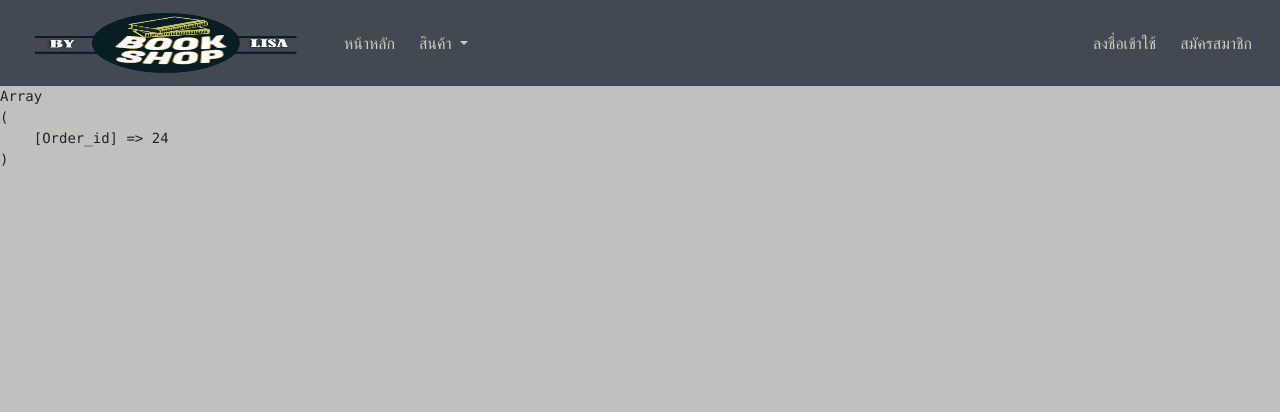
Repository: peawza/shopbook
Page: http://localhost/returnproduct.php?Order_id=24
An editor plug-in stored every save of this project. The page is shown before and after the next save, followed by the edit.
The browser window is 1280 px wide. The pictures show the whole page.
The page is run by PHP 8.4 with error messages shown; the project is at /var/www/html/. Other server files are loaded and not shown. The database holds what the project's SQL file puts in it.

Above is the page before, as saved 2020-10-01 09:26:17.

### returnproduct.php
<!DOCTYPE html>
<html lang="en">

<head>
    <meta charset="UTF-8">
    <meta name="viewport" content="width=device-width, initial-scale=1.0">
    <title>Document</title>
    <?php

    include('include\importcss.php');
    include('include\navber.php');
    echo '<pre>';
    //print_r($_SESSION);
    //$_SESSION['ses_php_var'] = $_GET['sendVal'];
    //$_SESSION['ses_php_var'] = $_POST['sendVal'];
    //$_SESSION['Typeid'] = $_POST['Typeid'];
    //print_r($_POST);
    print_r($_GET);
    echo '<pre>';
    ?>
</head>

<body>

</body>
<?php
include('include\importjavascript.php');
?>

</html>

### include/importcss.php
<link rel="stylesheet" href="node_modules/bootstrap/dist/css/bootstrap.min.css"> <!-- link เลือก css-->
<link rel="stylesheet" href="node_modules/font-awesome5/css/fontawesome-all.css">
<link rel="stylesheet" href="include/CSS/styles.css?v=<?php echo filemtime('include/CSS/styles.css'); ?>"
    type=" text/css">

<script src="https://www.google.com/recaptcha/api.js"></script>

<script src="https://ajax.googleapis.com/ajax/libs/jquery/2.2.0/jquery.min.js"></script>

<script src="https://maxcdn.bootstrapcdn.com/bootstrap/3.3.6/js/bootstrap.min.js"></script>

### include/navber.php
<nav class="navbar navbar-expand-lg  ">


    <a class="navbar-brand" href="index.php"><img src="img/index/logo.png" alt="img/index/logo.png"
            class="logo img-fluid"></a>
    <button class="navbar-toggler  btn-navber " type="button" data-toggle="collapse" data-target="#navbarNavDropdown"
        aria-controls="navbarNavDropdown" aria-expanded="false" aria-label="Toggle navigation">

        <span class="navbar-toggler-icon "><i class="fas fa-bars py-1"></i></span>


    </button>
    <div class="collapse navbar-collapse" id="navbarNavDropdown">
        <?
        # ml-auto เลื่อนไปทางขวา
        // ข้อความนี้ก็ไม่ถูกแสดงผลเช่นกัน (รูปแบบที่2)
        ?>
        <div class="collapse navbar-collapse" id="navbarNavDropdown">
            <ul class="navbar-nav mr-auto">
                <li class="nav-item">
                    <a class="nav-link" href="index.php">หน้าหลัก <span class="sr-only">(current)</span></a>
                </li>

                <li class="nav-item dropdown">
                    <a class="nav-link dropdown-toggle overflow-auto" href="#" id="navbarDropdownMenuLink" role="button"
                        data-toggle="dropdown" aria-haspopup="true" aria-expanded="false">
                        สินค้า
                    </a>
                    <div class="dropdown-menu" aria-labelledby="navbarDropdownMenuLink">
                        <a class="dropdown-item " href="shopproduct.php">สินค้าทั้งหมด</a>
                        <?php

                        $conn = new mysqli('localhost', 'root', '1234', 'shopbook');
                        $conn->set_charset("utf8");
                        if (isset($_GET['typeproduct'])) {

                            $selectTypeproduct = "SELECT * FROM `product`,`producttype` WHERE `product`.`Type_ID` = `producttype`.`Type_ID` AND `product`.`Type_ID` = '" . $_GET['typeproduct'] . "' ";
                            # code...
                        }
                        $selectTypeproduct = "SELECT DISTINCT `product`.`Type_ID` , `producttype`.`Type_Name` FROM `product`,`producttype` WHERE `product`. `Type_ID`= `producttype`.`Type_ID` ORDER BY `product`.`Type_ID` ASC";
                        $resultTypeproduct = mysqli_query($conn, $selectTypeproduct);
                        while ($row = mysqli_fetch_array($resultTypeproduct)) {
                            //echo $row["Type_ID"];
                            //  <a href="php/delete.php?Warranty_ID=<?php
                            // echo $row["Warranty_ID"];
                            //<i class=" fas fa-trash-alt"></i></a>
                            //shopproduct.php?typeproduct= <?php echo $row["id"];

                            //print_r($row);

                        ?>





                        <a class="dropdown-item"
                            href="shopproduct.php?typeproduct=<?php echo $row["Type_ID"]; ?> "><?php echo $row["Type_Name"];   ?></a>


                        <?php

                        }

                        ?>

                    </div>
                </li>


                <!--
                <li class=" nav-item ">
                    <a class=" nav-link" href="index.php">โปรโมชั่นสินค้า </a>
                </li>
                -->

            </ul>

            <ul class="navbar-nav ml-auto">
                <?php
                if (!isset($_SESSION['ID'])) {



                ?>
                <li class="nav-item">
                    <a class="nav-link" href="login.php">ลงชื่อเข้าใช้</a>
                </li>
                <li class="nav-item">
                    <a class="nav-link" href="register.php">สมัครสมาชิก</a>
                </li>


                <?php
                }
                if (isset($_SESSION['ID'])) {



                    if ($_SESSION['Username'] == 'Peawza') {
                        session_destroy();
                        header('location:index.php');
                    }



                ?>

                <?php
                    if ($_SESSION['UserType'] == 'user') {
                    ?>
                <li class="nav-item ">
                    <a class="nav-link" href="cart.php"><i class="fas fa-shopping-cart"></i> รายการสินค้า </a>
                </li>
                <li class="nav-item dropdown">
                    <a class="nav-link dropdown-toggle" href="#" id="navbarDropdownMenuLink" role="button"
                        data-toggle="dropdown" aria-haspopup="true" aria-expanded="false">
                        ยินดีต้อนรับคุณ <?php echo $_SESSION['Username']; ?> <img
                            src="img\profile\<?php echo $_SESSION['Photo']; ?>" alt="<?php echo $_SESSION['Photo']; ?>"
                            class="iconphoto img-fluid rounded-circle">
                    </a>
                    <div class="dropdown-menu" aria-labelledby="navbarDropdownMenuLink">
                        <a class="dropdown-item" href="profile.php">ประวัติส่วนตัว</a>
                        <a class="dropdown-item" href="prodile_editpassword.php">แก้ไขรหัสผ่าน</a>
                        <div class="dropdown-divider"></div>
                        <a class="dropdown-item" href="oderproductuser.php">รายงานสั่งซื้อสินค้า</a>
                        <div class="dropdown-divider"></div>
                        <a class="dropdown-item" href="php/logout.php">ออกจากระบบ</a>
                    </div>
                </li>
                <?php
                    }
                    ?>

                <?php
                    if ($_SESSION['UserType'] == 'admin') {
                    ?>
                <li class="nav-item ">
                    <a class="nav-link" href="cart.php"><i class="fas fa-shopping-cart"></i> รายการสินค้า </a>
                </li>
                <li class="nav-item dropdown">
                    <a class="nav-link dropdown-toggle" href="#" id="navbarDropdownMenuLink" role="button"
                        data-toggle="dropdown" aria-haspopup="true" aria-expanded="false">
                        จัดการระบบ
                    </a>
                    <div class="dropdown-menu" aria-labelledby="navbarDropdownMenuLink">
                        <a class="dropdown-item" href="manageuser.php">จัดการสมาชิกในระบบ</a>
                        <div class="dropdown-divider"></div>
                        <a class="dropdown-item" href="typeproduct.php">ประเภทสินค้า</a>
                        <!-- เอาประกันออก
                        <a class="dropdown-item" href="warranty.php">ประเภทการรับประกัน</a>
                                           -->

                        <a class="dropdown-item" href="product.php">สินค้าในระบบ</a>
                        <div class="dropdown-divider"></div>
                        <a class="dropdown-item" href="rentproductall.php">คืนหนังสือ</a>
                        <a class="dropdown-item" href="oderproduct.php">ตรวจสอบการสั่งซื้อสินค้า</a>

                        <div class="dropdown-divider"></div>
                        <a class="dropdown-item" href="totalsell.php">รายงานสรุปการขายสินค้า</a>
                        <a class="dropdown-item" href="totaltopsell.php">รายงานอันดับสินค้าขายดี</a>
                    </div>
                </li>



                <li class="nav-item dropdown">
                    <a class="nav-link dropdown-toggle" href="#" id="navbarDropdownMenuLink" role="button"
                        data-toggle="dropdown" aria-haspopup="true" aria-expanded="false">
                        ยินดีต้อนรับคุณ <?php echo $_SESSION['Username']; ?> <img
                            src="img\profile\<?php echo $_SESSION['Photo']; ?>" alt="<?php echo $_SESSION['Photo']; ?>"
                            class="iconphoto img-fluid rounded-circle">
                    </a>
                    <div class="dropdown-menu" aria-labelledby="navbarDropdownMenuLink">
                        <a class="dropdown-item" href="profile.php">ประวัติส่วนตัว</a>
                        <a class="dropdown-item" href="prodile_editpassword.php">แก้ไขรหัสผ่าน</a>
                        <div class="dropdown-divider"></div>
                        <a class="dropdown-item" href="php/logout.php">ออกจากระบบ</a>
                    </div>
                </li>
                <?php
                    }
                    ?>

                <?php
                }
                ?>




            </ul>
        </div>

    </div>






    </div>






</nav>

### include/importjavascript.php
<script src="node_modules/jquery/dist/jquery.min.js"></script> <!-- sc เลือก src -->
<script src="node_modules/popper.js/dist/umd/popper.min.js"></script>
<script src="node_modules/bootstrap/dist/js/bootstrap.min.js"></script>
<script src="node_modules/jquery-validation/dist/jquery.validate.min.js"></script>
<script src="include/JS/script.js?v=<?php echo filemtime('include/JS/script.js') ?>"></script>

### include/CSS/styles.css
body {
  background-color: #c0c0be;
}
.navberbody {
  background-color: #00ffff;
}
.imglist {
  height: 500px;
  width: 100%;
  max-width: 100%;
}
.cardproductindex {
  height: 250px;
  width: 250px;
}
.cardproduct {
  height: 550px;
}
.mrrcardproduct {
  margin-bottom: auto;
}

.img-profile {
  height: 200px;
  width: 200px;
  margin: auto;
  display: block;
  margin-top: -100px;
}

.textprofile {
  text-align: left;
}
.iconphoto {
  width: 30px;
  height: 30px;
}
.logo {
  width: 300px;
  height: 60px;
}

.photocard {
  width: 300px;
  height: 400px;
}

.img-product {
  width: 780px;
  height: 380px;
}

.imgproductupdate {
  width: 800px;
  height: 700px;
}

/*  ซูมเข้าออก*/
.content-item {
  position: relative;
}

.content-item .photozoom a {
  overflow: hidden;
  display: block;
}

.content-item .photozoom img {
  transition: 500ms;
}

.content-item:hover .photozoom img {
  transform: scale(1.2);
}

.photoproductzoom {
  width: 447px;
  height: 270px;
}
.textproduct {
  font-size: 100%;
}
.cardphotoproduct {
  -webkit-box-shadow: 17px 20px 20px -12px rgba(0, 0, 0, 0.24);
  -moz-box-shadow: 17px 20px 20px -12px rgba(0, 0, 0, 0.24);
  box-shadow: 17px 20px 20px -12px rgba(0, 0, 0, 0.24);
}
.btn-navber {
  border-color: rgb(255, 255, 255);
}

.fa-bars {
  color: #000;
}
.navbar {
  background-color: #424952;
}
.navbar .navbar-brand {
  color: #cccebd;
}
.navbar .navbar-brand:hover,
.navbar .navbar-brand:focus {
  color: #535e6e;
}
.navbar .navbar-text {
  color: #cccebd;
}
.navbar .navbar-text a {
  color: #535e6e;
}
.navbar .navbar-text a:hover,
.navbar .navbar-text a:focus {
  color: #535e6e;
}
.navbar .navbar-nav .nav-link {
  color: #cccebd;
  border-radius: 0.25rem;
  margin: 0 0.25em;
}
.navbar .navbar-nav .nav-link:not(.disabled):hover,
.navbar .navbar-nav .nav-link:not(.disabled):focus {
  color: #535e6e;
}
.navbar .navbar-nav .dropdown-menu {
  background-color: #424952;
  border-color: #d8d292;
}
.navbar .navbar-nav .dropdown-menu .dropdown-item {
  color: #cccebd;
}
.navbar .navbar-nav .dropdown-menu .dropdown-item:hover,
.navbar .navbar-nav .dropdown-menu .dropdown-item:focus,
.navbar .navbar-nav .dropdown-menu .dropdown-item.active {
  color: #535e6e;
  background-color: #d8d292;
}
.navbar .navbar-nav .dropdown-menu .dropdown-divider {
  border-top-color: #d8d292;
}
.navbar .navbar-nav .nav-item.active .nav-link,
.navbar .navbar-nav .nav-item.active .nav-link:hover,
.navbar .navbar-nav .nav-item.active .nav-link:focus,
.navbar .navbar-nav .nav-item.show .nav-link,
.navbar .navbar-nav .nav-item.show .nav-link:hover,
.navbar .navbar-nav .nav-item.show .nav-link:focus {
  color: #535e6e;
  background-color: #d8d292;
}
.navbar .navbar-toggle {
  border-color: #d8d292;
}
.navbar .navbar-toggle:hover,
.navbar .navbar-toggle:focus {
  background-color: #d8d292;
}
.navbar .navbar-toggle .navbar-toggler-icon {
  color: #cccebd;
}
.navbar .navbar-collapse,
.navbar .navbar-form {
  border-color: #cccebd;
}
.navbar .navbar-link {
  color: #cccebd;
}
.navbar .navbar-link:hover {
  color: #535e6e;
}

@media (max-width: 575px) {
  .navbar-expand-sm .navbar-nav .show .dropdown-menu .dropdown-item {
    color: #cccebd;
  }
  .navbar-expand-sm .navbar-nav .show .dropdown-menu .dropdown-item:hover,
  .navbar-expand-sm .navbar-nav .show .dropdown-menu .dropdown-item:focus {
    color: #535e6e;
  }
  .navbar-expand-sm .navbar-nav .show .dropdown-menu .dropdown-item.active {
    color: #535e6e;
    background-color: #d8d292;
  }
}

@media (max-width: 767px) {
  .navbar-expand-md .navbar-nav .show .dropdown-menu .dropdown-item {
    color: #cccebd;
  }
  .navbar-expand-md .navbar-nav .show .dropdown-menu .dropdown-item:hover,
  .navbar-expand-md .navbar-nav .show .dropdown-menu .dropdown-item:focus {
    color: #535e6e;
  }
  .navbar-expand-md .navbar-nav .show .dropdown-menu .dropdown-item.active {
    color: #535e6e;
    background-color: #d8d292;
  }
}

@media (max-width: 991px) {
  .navbar-expand-lg .navbar-nav .show .dropdown-menu .dropdown-item {
    color: #cccebd;
  }
  .navbar-expand-lg .navbar-nav .show .dropdown-menu .dropdown-item:hover,
  .navbar-expand-lg .navbar-nav .show .dropdown-menu .dropdown-item:focus {
    color: #535e6e;
  }
  .navbar-expand-lg .navbar-nav .show .dropdown-menu .dropdown-item.active {
    color: #535e6e;
    background-color: #d8d292;
  }
}

@media (max-width: 1199px) {
  .navbar-expand-xl .navbar-nav .show .dropdown-menu .dropdown-item {
    color: #cccebd;
  }
  .navbar-expand-xl .navbar-nav .show .dropdown-menu .dropdown-item:hover,
  .navbar-expand-xl .navbar-nav .show .dropdown-menu .dropdown-item:focus {
    color: #535e6e;
  }
  .navbar-expand-xl .navbar-nav .show .dropdown-menu .dropdown-item.active {
    color: #535e6e;
    background-color: #d8d292;
  }
}

.navbar-expand .navbar-nav .show .dropdown-menu .dropdown-item {
  color: #cccebd;
}
.navbar-expand .navbar-nav .show .dropdown-menu .dropdown-item:hover,
.navbar-expand .navbar-nav .show .dropdown-menu .dropdown-item:focus {
  color: #535e6e;
}
.navbar-expand .navbar-nav .show .dropdown-menu .dropdown-item.active {
  color: #535e6e;
  background-color: #d8d292;
}
.card {
  font-size: 0.9rem;
  line-height: 1.1;
}

.blog .carousel-indicators {
  left: 0;
  top: auto;
  bottom: -40px;
}

/* The colour of the indicators */

### DB/shopbook.sql (the tables this page reads)
CREATE TABLE `product` (
  `Product_ID` int(11) NOT NULL,
  `Type_ID` int(11) NOT NULL,
  `Product_Name` text COLLATE utf8mb4_bin NOT NULL,
  `Product_Details` text COLLATE utf8mb4_bin NOT NULL,
  `Product_Price` float NOT NULL,
  `product_buy` int(11) DEFAULT NULL,
  `Product_Balance` int(11) NOT NULL,
  `Product_rentday` int(11) NOT NULL,
  `Product_Photo` text COLLATE utf8mb4_bin NOT NULL,
  `Product_datesave` date NOT NULL
) ENGINE=InnoDB DEFAULT CHARSET=utf8mb4 COLLATE=utf8mb4_bin;

INSERT INTO `product` (`Product_ID`, `Type_ID`, `Product_Name`, `Product_Details`, `Product_Price`, `product_buy`, `Product_Balance`, `Product_rentday`, `Product_Photo`, `Product_datesave`) VALUES
(3, 11, 'บุเพสันนิวาส', 'เกศสุรางค์ หญิงสาวร่างอ้วนจำต้องทะลุมิติไปในรัชกาลสมเด็จพระนารายณ์มหาราช ในร่างของแม่หญิงการะเกดผู้แสนร้ายกาจ และได้พบกับผู้คนมากมายทั้ง หมื่นสุนทรเทวา ผู้เป็นคู่หมั้นคู่หมายของการะเกด ออกญาโหราธิบดี ราชครูของพระนารายณ์ แม่มะลิ บุตรสาวของแขกฟานิกลูกครึ่งญี่ปุ่น โปรตุเกส และผู้คนอีกมากมาย', 100, 200, 10, 7, '9102909146241.jpg', '2020-10-23'),
(4, 11, 'ปริศนามหาเวทย์', 'ปริศนามหาเวทย์', 100, 200, 5, 7, '9102908113900.gif', '2020-10-20'),
(5, 11, 'Sea Witch', 'Sea Witch', 100, 200, 10, 7, '9102908766196.jpg', '2020-10-20'),
(7, 10, 'Onepiece', 'เป็นเรื่องราวในยุคทองของโจรสลัด โจรสลัดทุกคนมีเป้าหมายเดียวกันคือเพื่อค้นหา สมบัติที่เรียกว่า \"วันพีช\" ซึ่งผู้ใดสามารถค้นหาและครอบครองวันพีชอยู่ ผู้นั้นก็คือเจ้าแห่งโจรสลัด(ราชาโจรสลัด) โดยผู้ที่เคยครอบครองวันพีชนั้นมีอยู่คนเดียวตามที่เปิดเผยคือ เจ้าแห่งโจรสลัด โกลด์ ดี โรเจอร์ ซึ่งหลังจากที่ ได้ครอบครองวันพีซแล้ว โกลด์ ดี โรเจอร์ก็ได้มอบตัว และยอมรับโทษการประหารชีวิตที่เกาะโร๊คบ้านเกิดของตนนั่นเอง และก่อนตายโกลด์ ดี โรเจอร์ ได้ทิ้งคำพูดก่อนตายที่เปลี่ยนยุคสมัยของโจรสลัดว่า \"สมบัติของฉันหรอ อยากได้ก็เอาไปซิ ไปหาเอาเลย ฉันเอาทุกอย่างบนโลกไปไว้ที่นั่นหมดแล้ว\" แล้วเหล่า โจรสลัดทั้งหลายจึงมุ่งหน้าสู้แกรนด์ไลน์เพื่อตามหาวันพีซ', 50, 100, 6, 7, '9102907166680.jpg', '2020-10-23'),
(8, 10, 'Naruto', 'นารูโตะเป็นกำพร้าและไม่มีพี่น้อง เติบโตขึ้นโดยไม่รู้ว่าตนเองมีจิ้งจอกเก้าหางอยู่ภาย ในร่างกาย หลังจากสำเร็จการศึกษาเป็นนินจาชั้น เกะนิน (นินจาระดับล่าง) และปฏิบัติหน้าที่ภายใต้การควบคุมของ ฮาตาเกะ คาคาชิ ซึ่งเป็น โจนิน (นินจาระดับสูง) ฉายา ก๊อบปี้นินจา โดยมีสมาชิกร่วมทีมอีกสองคน คือ อุจิวะ ซาสึเกะ และ ฮารุโนะ ซากุระ', 50, 100, 10, 7, '9102907412301.jpg', '2020-10-23'),
(12, 10, 'Fairytail', 'นัตสึ ดรากูนีล\"ดราก้อนสเลเยอร์ไฟ ได้ออกเดินทางเพื่อตามหาอิกนิลหรือมังกรที่เปรียบเสมือนพ่อของนัตสึ ไปกับแมวบินได้และพูดได้ ชื่อ แฮปปี้ โดยระหว่างทางได้พบกับ\"ลูซี่ ฮาร์ทฟิเลีย\"สาวน้อยผู้อัญเชิญเทพแห่งดวงดาวและได้ตกลงเป็นเพื่อนกันเพราะลูซี่นั้นอยากเข้ากิลด์แฟรี่เทล', 50, 100, 10, 7, '9102906035329.png', '2020-10-23'),
(13, 13, 'Time', 'นิตยสาร TIME', 50, 150, 4, 7, '9104350156863.jpg', '2020-10-23'),
(14, 12, '51 คำถาามเพิ่มความรู้เรื่องอาชีพ', 'รวมประเด็นน่าสนใจเกี่ยวกับอาชีพ', 100, 150, 10, 7, '9104350802507.jpg', '2020-10-23'),
(15, 10, 'Doraemon', 'หุ่นยนเเมวที่ส่งมาช่วย โนบิตะ เพื่อให้อนาคตของเขาเปลื่ยนไป', 45, 75, 29, 7, '9104351707679.png', '2020-10-23'),
(16, 10, '3ก๊ก', 'ตำนานของวีรบุรุษที่จะรวมเเผ่นดินทั้ง3เป็น1', 75, 150, 19, 7, '9104352222267.jpg', '2020-10-23'),
(17, 12, '30 สิ่งมหัศจรรย์ของโลกที่น่ารู้', 'สิ่งมหัศจรรย์ของโลก', 50, 100, 5, 7, '9104352622959.jpg', '2020-10-23'),
(18, 12, 'เกร็ดความรู้เเละภาษาอาเซียน', 'ความรู้เเละภาษาอาเซียน', 80, 150, 9, 7, '9104353026534.jpg', '2020-10-23'),
(19, 13, 'BAZAAR', 'BAZAAR', 50, 190, 10, 7, '9104353499954.jpg', '2020-10-23'),
(20, 12, 'วิทยาศาสตร์ฉลาดรู้เรื่องสมอง', 'วิทยาศาสตรที่เกี่ยวความรู้เรื่องสมอง', 100, 170, 20, 7, '9104353867647.gif', '2020-10-23'),
(21, 11, 'The butterfly tree', 'The butterfly tree', 170, 300, 5, 7, '9104354170879.jpg', '2020-10-23'),
(22, 13, 'CAMPUS', 'CAMPUS', 60, 165, 10, 7, '9104354376857.jpg', '2020-10-23'),
(23, 10, 'ชินจังจอมเเก่น', 'เรื่องราวชินจังที่ต้องทำให้คุณต้องหัวเราะ', 30, 85, 50, 7, '9104354830108.gif', '2020-10-23'),
(24, 10, 'โคนัน', 'นักสืบหนุ่มที่ถูกชายชุดดำจับตัวให้ไปกินยา พอตื่นขึ้นมากลับกายเป็นเด็กอีกครั้ง', 35, 70, 44, 7, '9104355382500.jpg', '2020-10-23'),
(25, 10, 'Dragonball', 'ซุนโกคู ในวัยเด็ก ก็ได้รู้เกี่ยวกับ ดราก้อนบอล จาก บลูม่า ซึ่งกำลังตามหาอยู่ แถมโกคูเองก็มี ดราก้อนบอล4ดาว ซึ่งเป็นของต่างหน้าคุณปู่ ซุนโกฮัง อีกด้วย ก็เลยตัดสินใจไปตามหาดราก้อนบอลด้วยกัน ต่อมาก็ได้ อูลอน มาเป็นพวกช่วยหาด้วย แต่ในระหว่างนั้น ก็มี ยามุชา และ ปูอัล กับ ปิลาฟและพรรคพวก คอยตามหาดราก้อนบอลด้วย', 40, 75, 0, 7, '9104355839451.jpg', '2020-10-23'),
(26, 11, 'ECHOES FROM THE PAST', 'Echoes from the past', 190, 300, 10, 7, '9104356230225.jpg', '2020-10-23'),
(27, 13, 'ELLE', 'ELLE', 30, 90, 10, 6, '9104356389396.webp', '2020-10-23'),
(28, 13, 'FIGARO JAPAN', 'FIGARO JAPAN', 60, 150, 3, 4, '9104356627109.jpg', '2020-10-23'),
(29, 12, 'คว้าเกรด A ง่ายกว่าที่คิด', 'คว้าเกรด A ง่ายกว่าที่คิด', 55, 130, 7, 6, '9104356893659.png', '2020-10-23'),
(30, 11, 'Harry Potter', 'Harry Potter', 160, 300, 30, 7, '9104357146935.jpg', '2020-10-23'),
(31, 13, 'L OFFICIEL', 'L OFFICIEL', 30, 70, 10, 7, '9104357596692.jpg', '2020-10-23'),
(32, 12, 'สนุกกับการค้นหาความรู้ข้างในแผนที่โลก', 'สนุกกับการค้นหาความรู้ข้างในแผนที่โลก', 60, 150, 10, 7, '9104357883099.jpg', '2020-10-23'),
(33, 10, 'My Hero Academia', 'ว่าด้วยเรื่องราวในอนาคต เมื่อพลังพิเศษได้ถูกทยอยค้นพบทั่วทุกมุมโลก จนกลายเป็นเรื่องปกติของคนเจนเนอเรชั่นใหม่ ที่ล้วนเป็นผู้มี “อัตลักษณ์” (พลังพิเศษเฉพาะตัว) สังคมยอดมนุษย์จึงได้เริ่มขึ้น ขณะเดียวกันความวุ่นวายจากผู้ใช้พลังพิเศษในทางที่ผิด ก็ยกระดับความรุนแรง ประเทศจึงได้ร่างกฏหมายต่อต้านความรุนแรง โดยให้เหล่าผู้กล้าคอยปราบปรามเหล่าวายร้าย ', 40, 75, 40, 7, '9104359185860.jpg', '2020-10-23'),
(34, 13, 'OK MAGAZINE', 'OK MAGAZINE', 30, 90, 10, 7, '9104359398955.jpg', '2020-10-23'),
(35, 10, 'Pinocchio', 'Pinocchio', 100, 200, 5, 7, '9104359601161.jpg', '2020-10-23'),
(36, 11, 'บ้านทรายทอง', 'บ้านทรายทอง', 100, 250, 10, 7, '9104359808705.jpg', '2020-10-23'),
(37, 12, 'เอาชีวิครอดบนเกาะร้าง', 'เอาชีวิครอดบนเกาะร้าง', 80, 135, 5, 7, '9104360075753.webp', '2020-10-23'),
(38, 13, 'VOGUE', 'VOGUE', 30, 75, 10, 7, '9104360487722.jpg', '2020-10-23'),
(39, 11, 'Twilight', 'Twilight', 240, 300, 20, 7, '9104361247095.jpg', '2020-10-23'),
(40, 11, 'The darkness of light', 'The darkness of light', 150, 250, 6, 7, '9104361459702.jpg', '2020-10-23'),
(41, 12, 'เพศศึกษาที่เราอยากรู้', 'เพศศึกษาที่เราอยากรู้', 60, 150, 10, 7, '9104361760502.jpg', '2020-10-23'),
(42, 10, 'Sailormoon', 'Sailormoon', 70, 125, 50, 7, '9104361988958.png', '2020-10-23'),
(43, 11, 'RISEN', 'RISEN', 150, 350, 10, 7, '9104362289392.jpg', '2020-10-23'),
(44, 11, 'REALM OF RUINS', 'REALM OF RUINS', 180, 300, 4, 7, '9104362809007.jpg', '2020-10-23'),
(45, 10, 'สโนว์ไวท์', 'สโนว์ไวท์', 100, 200, 7, 5, '9104367662917.jpg', '2020-10-23'),
(46, 10, 'อลิซ ท่องเเดนมหัศจรรย์', 'อลิซ ท่องเเดนมหัศจรรย์', 40, 150, 5, 7, '9104367935394.jpg', '2020-10-23'),
(47, 10, 'Bleach', 'Bleach', 30, 75, 0, 7, '9104368159565.jpg', '2020-10-23'),
(48, 10, 'Lion King', 'Lion King', 70, 150, 2, 3, '9104368352654.jpg', '2020-10-23'),
(49, 12, 'รัชการที่ 9', 'ประวัติศาสตร์ของในหลวงรัชกาลที่ 9', 50, 150, 10, 7, '9104368788022.jpg', '2020-10-23'),
(51, 13, 'qweqwe', 'ssadzxc', 200, 500, 69, 10, '9105550929723.png', '2020-10-26'),
(52, 15, 'เลข', 'หนังสือเลข', 100, 200, 40, 7, '9106337351482.jpg', '2020-10-27');

ALTER TABLE `product`
  ADD PRIMARY KEY (`Product_ID`),
  ADD KEY `Type_ID` (`Type_ID`);

ALTER TABLE `product`
  MODIFY `Product_ID` int(11) NOT NULL AUTO_INCREMENT, AUTO_INCREMENT=53;

ALTER TABLE `product`
  ADD CONSTRAINT `product_ibfk_1` FOREIGN KEY (`Type_ID`) REFERENCES `producttype` (`Type_ID`);

CREATE TABLE `producttype` (
  `Type_ID` int(11) NOT NULL,
  `Type_Name` text COLLATE utf8mb4_bin NOT NULL
) ENGINE=InnoDB DEFAULT CHARSET=utf8mb4 COLLATE=utf8mb4_bin;

INSERT INTO `producttype` (`Type_ID`, `Type_Name`) VALUES
(10, 'หนังสือการ์ตูน'),
(11, 'หนังสือนิยาย'),
(12, 'หนังสือให้ความรู้'),
(13, 'นิตยสาร'),
(14, 'หนังสืออ้างอิง'),
(15, 'หนังสือเรียน');

ALTER TABLE `producttype`
  ADD PRIMARY KEY (`Type_ID`);

ALTER TABLE `producttype`
  MODIFY `Type_ID` int(11) NOT NULL AUTO_INCREMENT, AUTO_INCREMENT=16;

Loaded but not shown: include/JS/script.js (557 lines, source omitted)

After the next save:
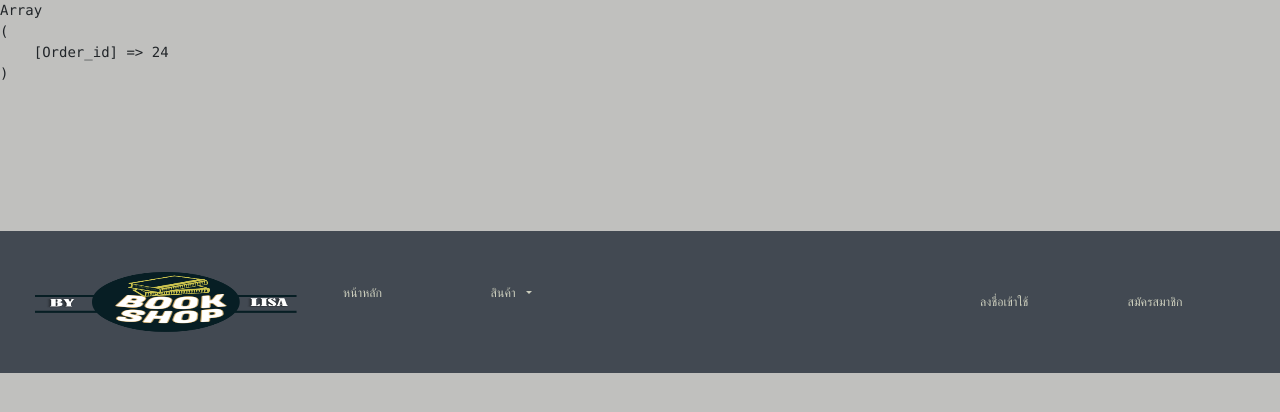
Saved 13 s later.
--- a/returnproduct.php
+++ b/returnproduct.php
@@ -7,8 +7,7 @@
     <title>Document</title>
     <?php
 
-    include('include\importcss.php');
-    include('include\navber.php');
+
     echo '<pre>';
     //print_r($_SESSION);
     //$_SESSION['ses_php_var'] = $_GET['sendVal'];
@@ -17,6 +16,8 @@
     //print_r($_POST);
     print_r($_GET);
     echo '<pre>';
+    include('include\importcss.php');
+    include('include\navber.php');
     ?>
 </head>
 

After the save that followed:
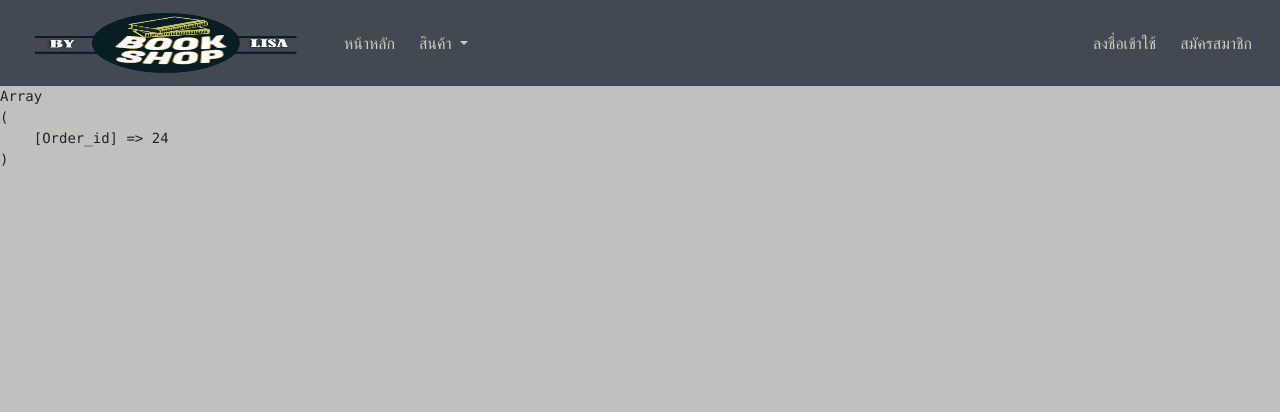
Saved 70 s later.
--- a/returnproduct.php
+++ b/returnproduct.php
@@ -6,6 +6,8 @@
     <meta name="viewport" content="width=device-width, initial-scale=1.0">
     <title>Document</title>
     <?php
+    include('include\importcss.php');
+    include('include\navber.php');
 
 
     echo '<pre>';
@@ -16,8 +18,7 @@
     //print_r($_POST);
     print_r($_GET);
     echo '<pre>';
-    include('include\importcss.php');
-    include('include\navber.php');
+
     ?>
 </head>
 
